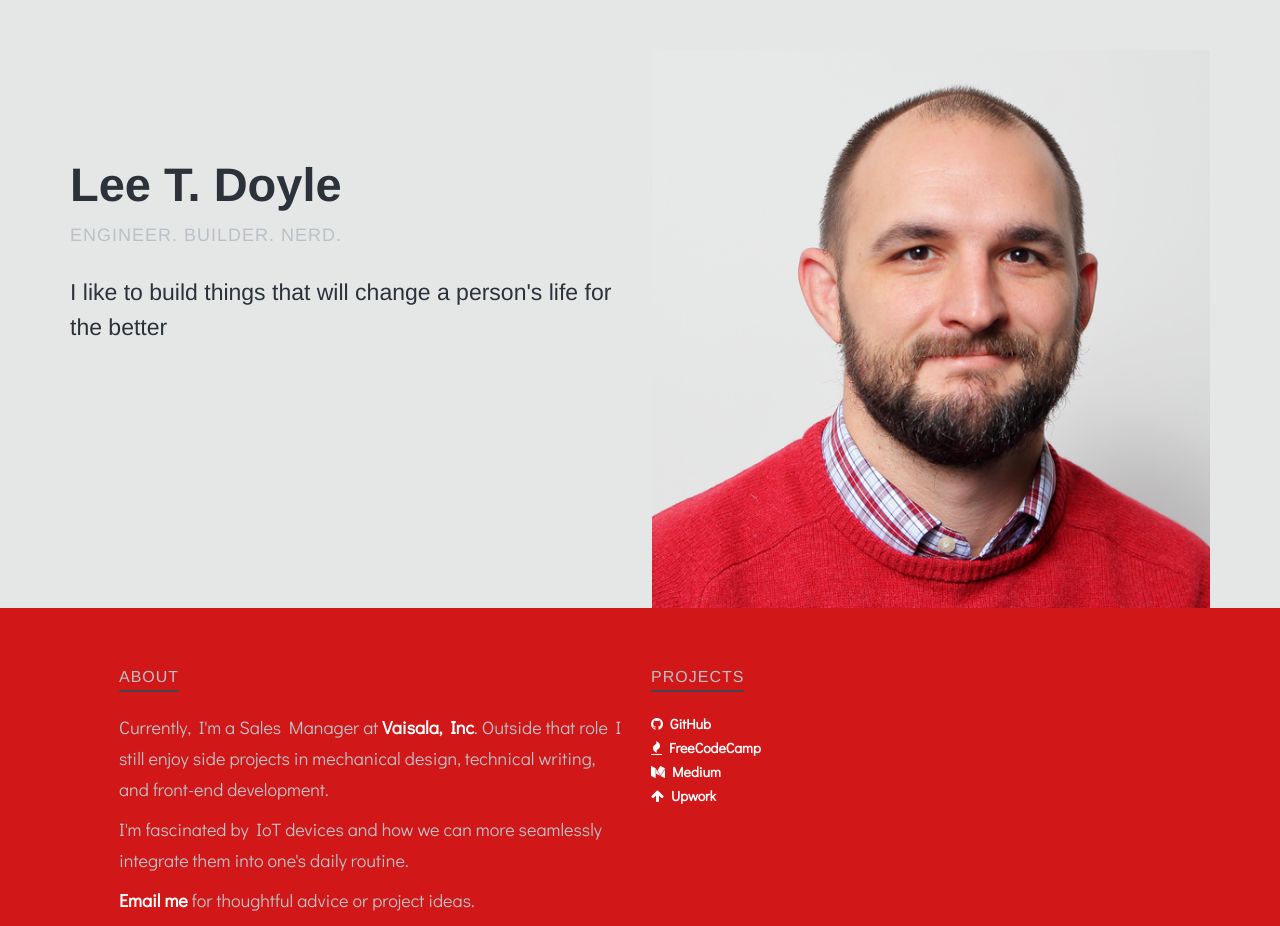
Repository: ldoyle0/ldoyle0.github.io
Page: index.html
The author's editor kept a record of every edit. The page is drawn from the files as they stood at one moment, then again after the next edit.
The browser window is 1280 px wide. The pictures show the whole page.
Some web libraries are served in a nearby version.

Above is the page before.

### index.html
<!DOCTYPE html>
<html lang="en">

<head>

<!-- Styles -->
<link href="https://fonts.googleapis.com/css?family=Didact+Gothic" rel="stylesheet">
<link href="https://maxcdn.bootstrapcdn.com/font-awesome/4.4.0/css/font-awesome.min.css" rel="stylesheet">
<link href="./css/style.css" rel="stylesheet">

</head>

<body>
    <div class="title">
    <div class="container">
        <div class="row-fluid">
            <div class="span6 left">
                <h1>Lee T. Doyle</h1>
                <h2>Engineer. Builder. Nerd.</h2>
                <h3>I like to build things that will change a person's life for the better</h3>
            </div>
            <div class="span6 right">
                <img src="./img/LED.jpg">
            </div>
        </div>
    </div>
    </div>

<footer>
    <div class="container about offset">
        <div class="row-fluid">
            <div class="span6">
                <h4>About</h4>
                <p>
                    Currently, I'm a Sales Manager at <a href="http://www.vaisala.com/en/Pages/default.aspx">Vaisala, Inc</a>.
                    Outside that role I still enjoy side projects in mechanical design, technical writing, and
                    front-end development.
                </p>
                <p>
                    I'm fascinated by IoT devices and how we can more seamlessly integrate them into one's daily routine.
                </p>
                <p>
                    <a href="mailto:ldoyle0@gmail.com">Email me</a> for thoughtful advice or project ideas.
                </p>
            </div>
            <div class="span6">
                <h4>Projects</h4>
                <ul>
                    <li><a href="https://github.com/ldoyle0"><i class="fa fa-github"></i>GitHub</a></li>
                    <li><a href="https://www.freecodecamp.org/ldoyle0"><i class="fa fa-fire"></i>FreeCodeCamp</a></li>
                    <li><a href="https://medium.com/@leetdoyle"><i class="fa fa-medium"></i>Medium</a></li>
                    <li><a href="https://www.upwork.com/o/profiles/users/_~01666dd24ce2e08ba3/"><i class="fa fa-arrow-up"></i>Upwork</a></li>
                </ul>
            </div>
        </div>
    </div>
</footer>

</body>

</html>

### css/style.css
@import "bootstrap.min.css";

/*
color scheme
#d11717 - red
#17d1d1 - blue-green
#74d117 - green
*/

/* General */

body {
  color: #bbc1c7;
  background-color: #d11717;
  font-family: 'Didact Gothic', Arial, sans-serif;
  font-weight: 400;
  line-height: 1.7;
}

div {
  display: block;
}

h1,
h2,
h3 {
  line-height: 40px;
}

h1 {
  font-size: 47px;
  font-weight: 700;
  color: #2b323a;
  margin: 0 0 10px 0;
}
h2 {
  font-size: 18px;
  text-transform: uppercase;
  font-weight: 400;
  letter-spacing: 1px;
  margin: 0;
}
h3 {
  font-size: 23px;
  color: #2b323a;
  line-height: 1.5;
  margin: 20px 0 0 0;
}
h4 {
  display: inline-block;
  text-transform: uppercase;
  font-size: 16px;
  font-weight: 400;
  letter-spacing: 1px;
  border-bottom: 2px solid #41474e;
  padding-bottom: 5px;
  margin-bottom: 20px;
}

div i {
    margin-right: 7px;
}

p {
  font-size: 18px;
}

.title {
    background-color: #e5e6e6;
}

@media only screen and (min-width: 1200px) {
  .title {
    min-height: 492px;
  }
}
.title .left {
  padding-top: 165px;
  padding-bottom: 125px;
}
@media only screen and (max-width: 767px) {
  .title .left {
    padding-top: 30px;
    padding-bottom: 0;
  }
}
@media only screen and (min-width: 768px) and (max-width: 991px) {
  .title .left {
    padding-top: 80px;
    padding-bottom: 0;
  }
}
.title .right {
  padding-top: 50px;
}
@media only screen and (max-width: 767px) {
  .title h2 {
    font-size: 16px;
  }
}
.title h2 em {
  padding-left: 5px;
  padding-right: 5px;
}
@media only screen and (max-width: 767px) {
  .title h2 em {
    padding-left: 0;
    padding-right: 0;
    font-size: 16px;
  }
}

img {
  max-width: 100%;
}

.img-circle {
  -webkit-border-radius: 500px;
     -moz-border-radius: 500px;
          border-radius: 500px;
}

.row-fluid {
  width: 100%;
  *zoom: 1;
}

.row-fluid:before,
.row-fluid:after {
  display: table;
  line-height: 0;
  content: "";
}

.row-fluid:after {
  clear: both;
}

.row-fluid [class*="span"] {
  display: block;
  float: left;
  width: 100%;
  min-height: 30px;
  margin-left: 2.127659574468085%;
  *margin-left: 2.074468085106383%;
  -webkit-box-sizing: border-box;
     -moz-box-sizing: border-box;
          box-sizing: border-box;
}

.row-fluid [class*="span"]:first-child {
  margin-left: 0;
}

.row-fluid .span8 {
  width: 65.95744680851064%;
  *width: 65.90425531914893%;
}

.row-fluid .span6 {
  width: 48.93617021276595%;
  *width: 48.88297872340425%;
}

.row-fluid .span4 {
  width: 31.914893617021278%;
  *width: 31.861702127659576%;
}

.row-fluid .span3 {
  width: 23.404255319148934%;
  *width: 23.351063829787233%;
}

.offset {
  padding-left: 5%;
  padding-right: 5%;
}

footer ul,
footer ul li {
  list-style-type: none;
  margin: 0;
  padding: 0;
}

a,
a:visited {
  text-decoration: none;
  font-weight: 600;
  color: white;
}
a:hover,
a:focus,
a:active {
  color: white;
  border-bottom: 1px solid white;
  padding-bottom: 5px;
}

footer {
  padding-top: 50px;
  padding-bottom: 0;
  margin-bottom: 0;
}

Loaded but not shown: css/bootstrap.min.css (library)

After the next edit:
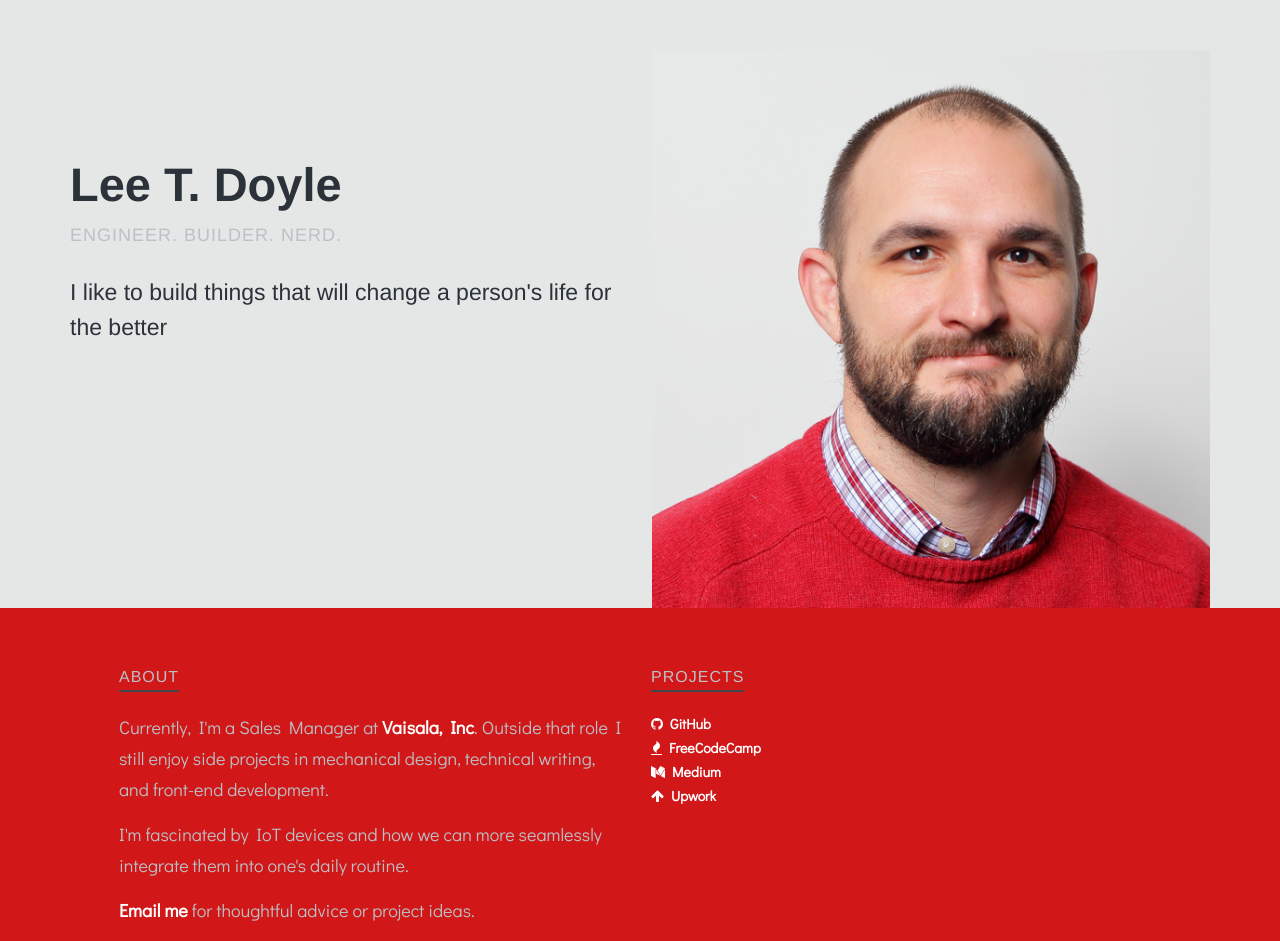
The edit:
--- a/css/style.css
+++ b/css/style.css
@@ -203,3 +203,7 @@ footer {
   padding-bottom: 0;
   margin-bottom: 0;
 }
+
+footer p {
+  margin-bottom: 15px;
+}
